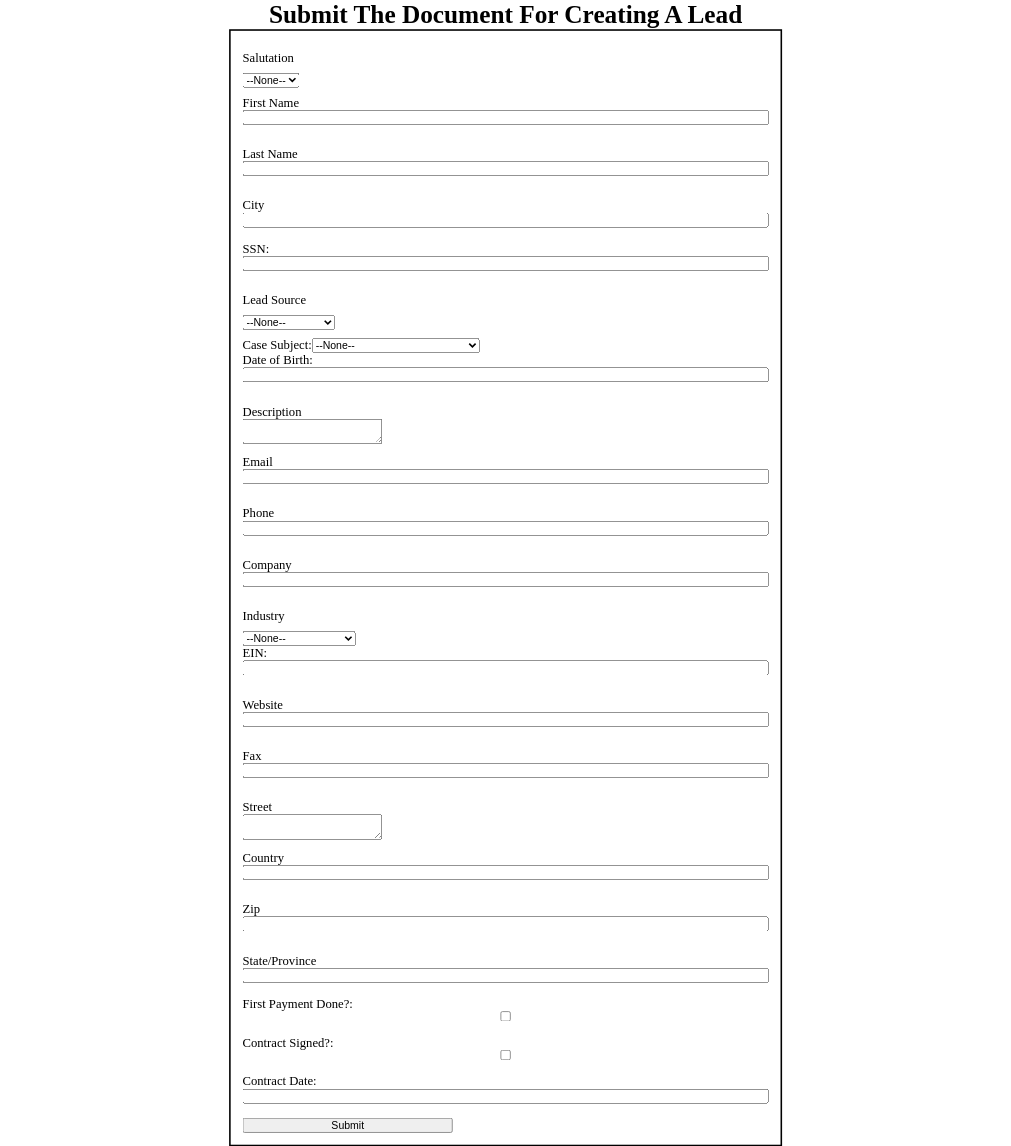
Repository: yaseminvural99/changeForce
Page: index.html
The author's editor kept a copy of each file at every save. The page is drawn from the files as they stood at one save, then again after the next save.
The browser window is 1280 px wide. The pictures show the whole page, at 79% of full size.

Above is the page before, as saved 2024-04-26 21:59:05.

After the next save:
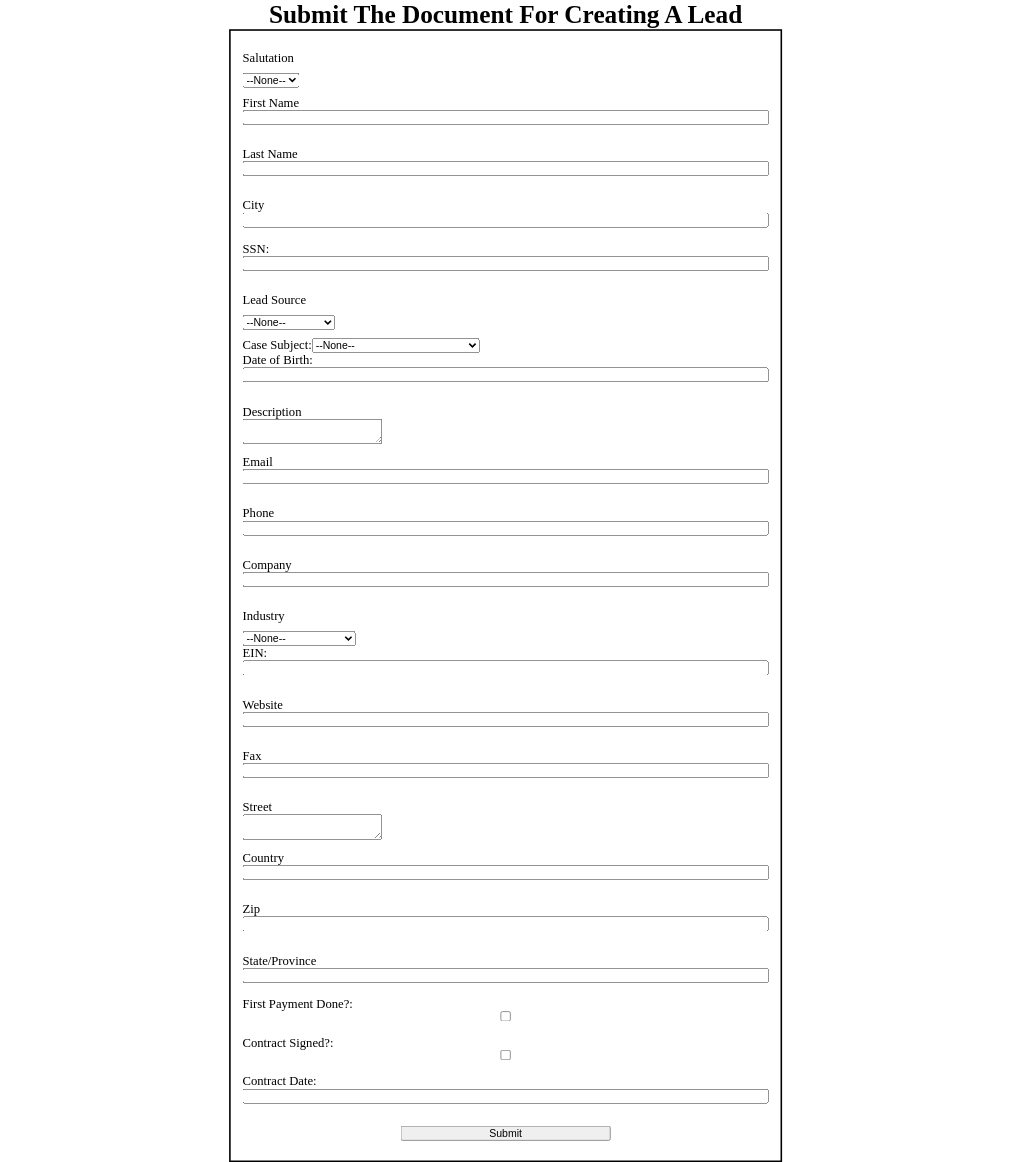
Saved 23 s later.
--- a/style.css
+++ b/style.css
@@ -33,7 +33,7 @@ option{
 
 }
 input[type="submit"]{
-    margin-top: 10px auto;
+    margin: 10px auto;
     width: 40%;
 
 
